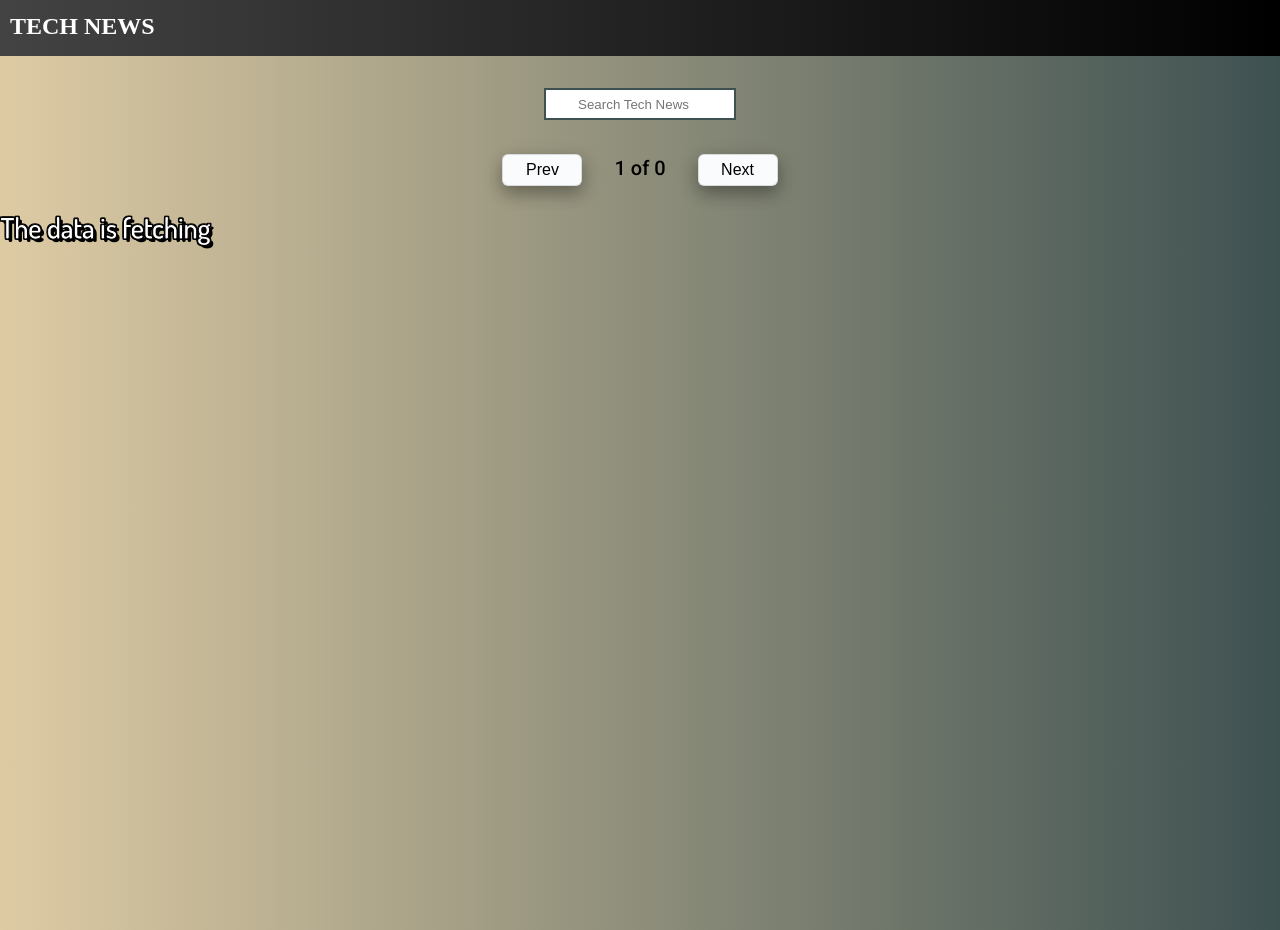
Repository: suraj-yadav7/TechNews
Page: /
An editor plug-in stored every save of this project. The page is shown before and after the next save, followed by the edit.
The browser window is 1280 px wide. The pictures show the whole page.
The page's requests for data from a server got no answer. Some web fonts or font styles are not loaded; a fallback is used. The project was rebuilt for these pictures with package versions that can differ from the ones it lists, and the page was loaded fresh each time. No one was signed in, and anything a server would have sent is missing.

Above is the page before, as saved 2023-04-28 11:18:50.

### src/index.js
import React from 'react';
import ReactDOM from 'react-dom/client';
import App from './App';
import { AppProvider } from './context';

const root = ReactDOM.createRoot(document.getElementById('root'));
root.render(
  <React.StrictMode>
    <AppProvider>
    <App />
    </AppProvider>
  </React.StrictMode>
);

### src/App.js
import './App.css';
import Search from './components/Search';
import Stories from './components/Stories';

function App() {
  return (
      <>
      <Search/>
      <Stories />
      </>
  );
}

export default App;

### src/context.jsx
import {useContext, createContext, useEffect, useReducer} from "react"
import {reducer} from './reducer'

const AppContext = createContext();
let api = "https://hn.algolia.com/api/v1/search?";
const initial = {
    hits:[],
    page:0,
    nbPages:0,
    query:"",
    isLoading:true
}

const AppProvider = ({children})=>{

    const [state, dispatch] = useReducer(reducer, initial)

    const fetchApiData = async(url)=>{
        dispatch({
            type:"loadingData",
        })
        try{
            let fetchApi = await fetch(url)
            let data = await fetchApi.json()
            console.log(data)
            dispatch({
                type:"Get_Update",
                payload:{
                    hitNews:data.hits,
                    pg:data.page,
                    nbPg: data.nbPages
                }
            })
        }
        catch(error){
            console.log(error)
        }
        }

        //removing post
        const removePost = (objectID) =>{
                    dispatch({
                        type:"remove_post",
                        payload: objectID
                    })
        }

    //Search Post
    const searchPost = ((searchVal)=>{
        // searchVal.preventDefault()
        dispatch({
        type:"SEARCH_POST",
        payload: searchVal
        })
    })

    //Previous Page
    const prevPage=()=>{
        dispatch({
            type:"PREV_PAGE"
        })
    }
    const nextPage=()=>{
        dispatch({
            type:"NEXT_PAGE"
        })
    }
    useEffect(()=>{
         fetchApiData(`${api}query=${state.query}&&page=${state.page}`)

    },[state.query, state.page])


    return(
        <AppContext.Provider value= {{...state, removePost, searchPost,prevPage,nextPage}} >{children}</AppContext.Provider>
    )
};

//Custom hook to provide appContext and useContext

const useGlobalContext = ()=>{
    return useContext(AppContext)
}
export {AppContext,AppProvider, useGlobalContext}

### src/App.css

  @import url('https://fonts.googleapis.com/css2?family=Dosis:wght@400;500&family=Instrument+Serif&family=Roboto:wght@400;500&display=swap');


*{
  margin: 0;
  padding: 0;
  box-sizing: border-box;

}

/* Navbar */
  .navbar{
    width: 100%;
    height: 3.5rem;
    background-image: linear-gradient(to right, #434343 0%, black 100%);
    color:#fff;
  }
  .navbar>h1{
    padding-top:0.8rem ;
    margin: 0 10px;
  }

/* Search Div*/
.searchMain{
  display: flex;
  flex-direction: column;
  align-items: center;
  justify-content: center;
  gap:10px;
  background-image: linear-gradient(to right, #DECBA4, #3E5151);
  font: 500 20px "Roboto";

}
.searchInput{
  margin-top: 2rem ;
  width: 12rem;
  height: 2rem;
  text-align: center;
  outline-color: #434343;
  border: 2px solid #3E5151;
}
.pagination{
  margin: 0.5rem 0;
}
.pagination> button{
  width: 5rem;
  height: 2rem;
  font-size: 1rem;
  margin: 1rem 2rem;
  background-color: #FAFBFC;
  border: 1px solid rgba(27, 31, 35, 0.15);
  border-radius: 6px;
  box-shadow: 0 8px 16px 0 rgba(0,0,0,0.2), 0 6px 20px 0 rgba(0,0,0,0.19);
  cursor: pointer;
}
.pagination>button:hover {
  border-color: #646cff;
}


/* Stories */
/* Loading */
.Loading{
  height: 100vh;
  background-image: linear-gradient(to right, #DECBA4, #3E5151);
  font: 800 28px "Dosis";
  color:rgb(241, 241, 240);
  -webkit-text-stroke: 1px black;
  color: white;
  text-shadow:
      3px 3px 0 #000,
    -1px -1px 0 #000,
     1px -1px 0 #000,
     -1px 1px 0 #000,
      1px 1px 0 #000;

}
.parentStory{
  display: flex;
  align-items: center;
  justify-content: center;
  flex-direction: column;
  gap: 1rem;
  background-image: linear-gradient(to right, #DECBA4, #3E5151);
 font: 400 20px "Dosis";
}

.stories{
  width: 50%;
  height: 12rem;
  display: flex;
  background-image: linear-gradient(to right, #434343 0%, black 100%);
  align-items: center;
  justify-content: center;
  flex-direction: column;
  color: white;
  text-align: center;
}
.stories> h3,p{
  margin: 1rem 0;
  /* padding-bottom: 4rem; */
  padding: 0 2rem;
  margin-bottom: 1.2rem;
}
.storiesButton{
  height: 2rem;
  display: flex;
  align-items: center;
  margin:0.5rem ;
}
.storiesButton >button, a>button{
  margin:0 5rem;
  border: 1px solid blue;
  background-color: aliceblue;
  color: black;
  border-radius: 10px;
  height: 2rem;
  width: 6rem;
  text-align:center;
  font-size: medium;
  box-shadow: 0 8px 16px 0 rgba(0,0,0,0.2), 0 6px 20px 0 rgba(0,0,0,0.19);
  cursor: pointer;
}
.storiesButton >button, a>button:hover {
  border-color: #646cff;
}

### src/components/Search.jsx
import React from 'react'
import { useGlobalContext } from '../context'

const Search = () => {
  const { query, searchPost, prevPage, nextPage, nbPages, page } = useGlobalContext()
  return (
    <>
    <nav className='navbar'>
      <h1>TECH NEWS</h1>
    </nav>
      <div className='searchMain'>
        <div className='formContainer'>
          <form onSubmit={(e) => e.preventDefault()}>
            <input className='searchInput' type="search" placeholder='Search Tech News' value={query} onChange={(e) => searchPost(e.target.value)}></input>
          </form>
        </div>
        <div className='pagination'>
          <button onClick={prevPage} >Prev</button>
          <span>{page + 1} of {nbPages}</span>
          <button onClick={nextPage} >Next</button>
        </div>
      </div>
    </>
  )
}

export default Search

### src/components/Stories.jsx
import React from 'react'
import { useGlobalContext } from '../context'

const Stories = () => {
  const { hits, isLoading, removePost } = useGlobalContext()



  if (isLoading) {
    return (
  <div className="Loading">
        <h4>The data is fetching</h4>
      </div>
    )
  }
  return (
    <>
      <div className='parentStory'>
        <h2>Latest Tech News</h2>
        {hits?.map((story) => {
          const { objectID } = story
          return (
            <>
              <div className='stories' key={objectID}>
                <h3>{story.title}</h3>
                <p>by <span>{story.author}</span>  | <span>comment: {story.num_comments} </span></p>
                  <div className="storiesButton">
                  <a href={story.url} target='_blank' rel="noreferrer"><button >Read More</button></a>
                  <button onClick={() => removePost(objectID)} >Remove</button>
                </div>
              </div>
            </>)
        })}
      </div>
    </>
  )
}

export default Stories

### src/reducer.jsx

const reducer = (state,action) =>{
    switch(action.type){
        case"loadingData" : return{
            ...state,
            isLoading: true

        } ;
        case "Get_Update":
            return{
                ...state,
                isLoading:false,
                hits:action.payload.hitNews,
                nbPages:action.payload.nbPg
            }

        case "remove_post":
            return{
                ...state, hits: state.hits.filter((post)=> post.objectID !== action.payload)
            }

        case "SEARCH_POST":
            return{
                    ...state, query: action.payload
            }

        case "PREV_PAGE":
            let pageNum=state.page-1
            if(pageNum<=0){
                pageNum=0
            }
            return{
                 ...state,
                    page:pageNum
                }


        case "NEXT_PAGE":
            let pageNum2= state.page+1
            if(pageNum2>=50){
                pageNum2=0
            }

            return{
                ...state,
                page:pageNum2
            }

    }
    return state
}
export {reducer};

Loaded but not shown: public/index.html (common file)

After the next save:
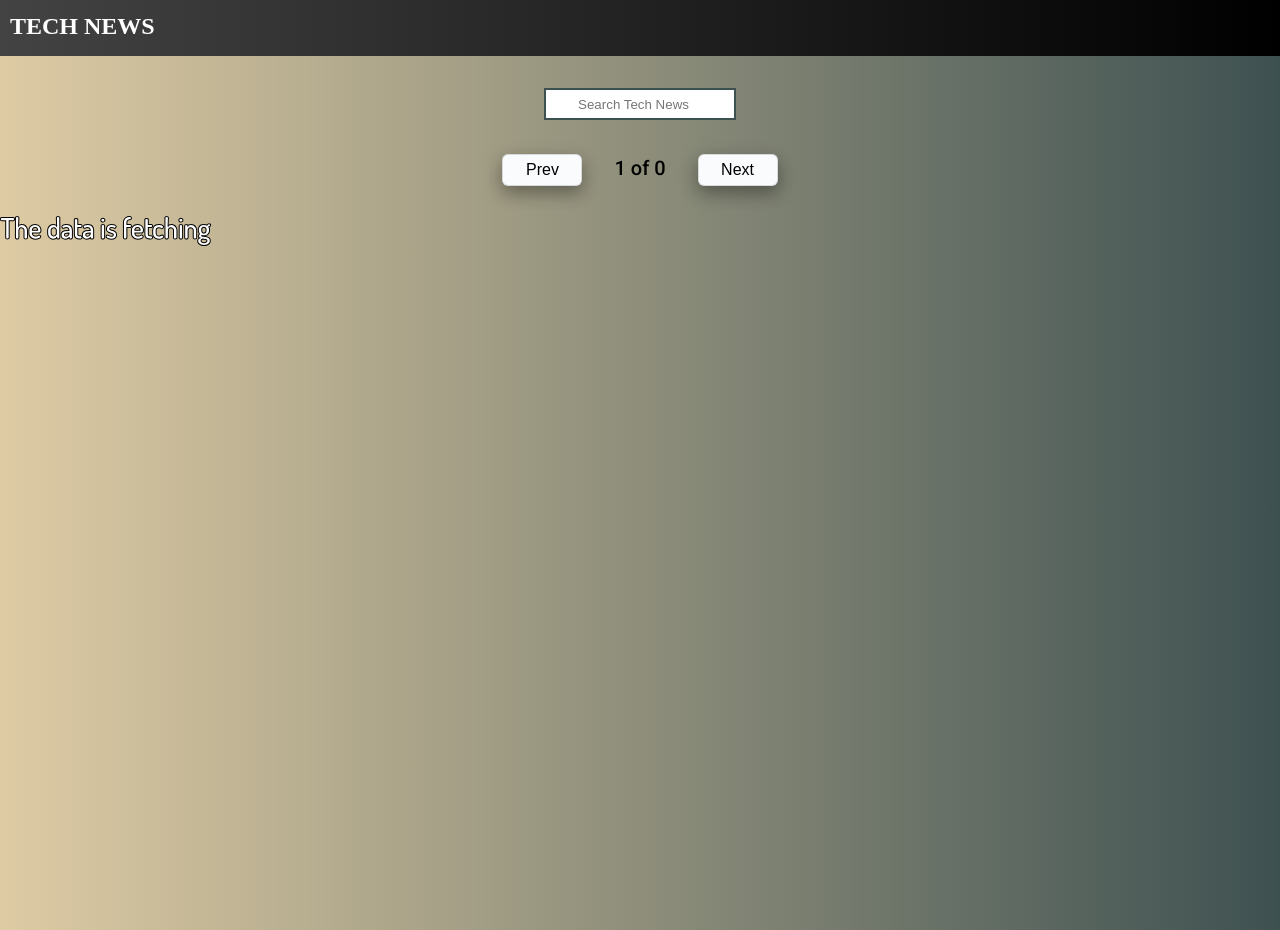
Saved 36 s later.
--- a/src/App.css
+++ b/src/App.css
@@ -66,14 +66,10 @@
   background-image: linear-gradient(to right, #DECBA4, #3E5151);
   font: 800 28px "Dosis";
   color:rgb(241, 241, 240);
-  -webkit-text-stroke: 1px black;
-  color: white;
-  text-shadow:
-      3px 3px 0 #000,
-    -1px -1px 0 #000,
-     1px -1px 0 #000,
-     -1px 1px 0 #000,
-      1px 1px 0 #000;
+  color: black;
+  -webkit-text-fill-color: white;
+  -webkit-text-stroke-width: 1px;
+  -webkit-text-stroke-color: black;
 
 }
 .parentStory{
